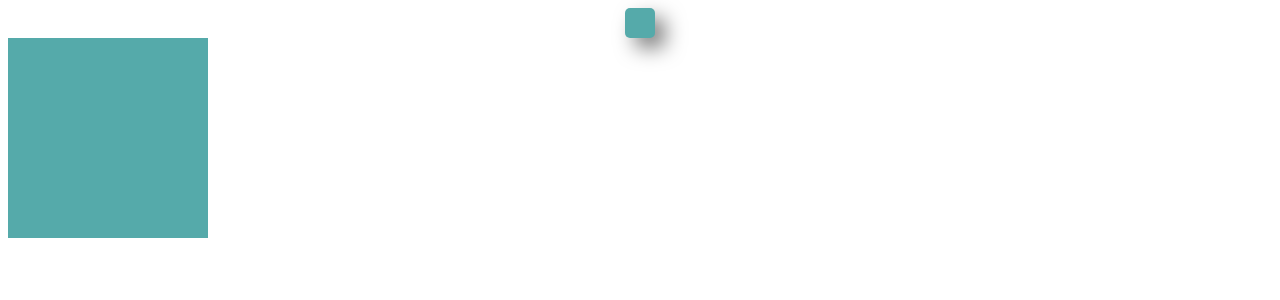
Repository: yuanliumaker/html-css-js
Page: css/css3新特性.html
These files come from the project's save history. The page is drawn as it stood at one moment and after the next save; the edit follows.
The browser window is 1280 px wide. The pictures show the whole page.

Above is the page before, as saved 2025-08-31 19:27:03.

### css/css3新特性.html
<!DOCTYPE html>
<html lang="en">
<head>
    <meta charset="UTF-8">
    <meta name="viewport" content="width=<device-width>, initial-scale=1.0">
    <title>Document</title>
    <style>
        .box1{
            width:30px;
            height:30px;
            background-color: orange;
            border-radius: 5px;/*圆角特性*/
            margin:0 auto;/*即上下为0,左右平均分配即中间*/
            box-shadow: 10px 10px 20px rgba(0, 0,0,0.5);/*hshadow:必选,水平阴影的位置,v-shadow:必选:垂直阴影的
            位置,blur:可选:模糊距离 color:阴影的颜色*/
        }
        /* 动画 */
        div{
            width:200px;
            height:200px;
            background-color: aqua;
            animation:myAnim 3s linear 0s infinite;/*动画名,动画放3s,匀速播放动画 ,动画开始时间,无限循环*/

        }
        div:hover{
            animation-play-state: paused;/*hover伪对象设置动画触发,当鼠标停留上去触发动画效果*/
        }
        @keyframes myAnim{
            /* 设置动画开始 中间 结束 */
            0%{
                background-color: red;
            }
            50%{
                background-color: aqua;
            }
            100%{
                background-color: red;
            }
        }

    </style>
</head>

<body>
    <div class="box1"></div>
    <div class="box2"> </div>
</body>
</html>

After the next save:
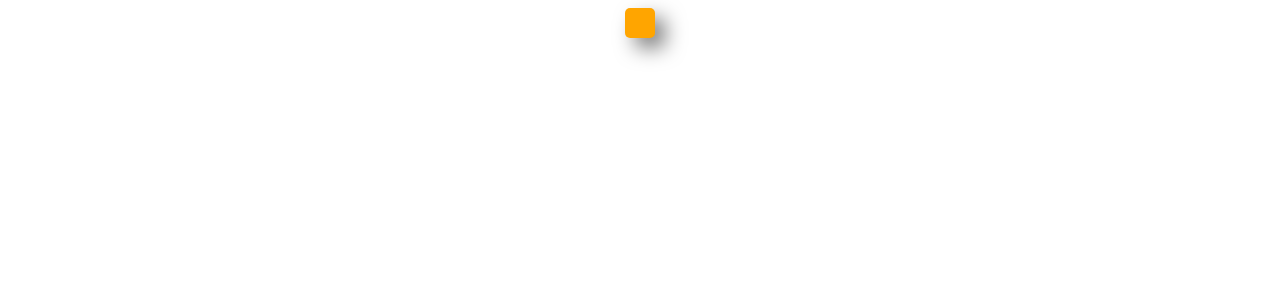
Saved 19 s later.
--- a/css/css3新特性.html
+++ b/css/css3新特性.html
@@ -15,7 +15,7 @@
             位置,blur:可选:模糊距离 color:阴影的颜色*/
         }
         /* 动画 */
-        div{
+        box2{
             width:200px;
             height:200px;
             background-color: aqua;

After the save that followed:
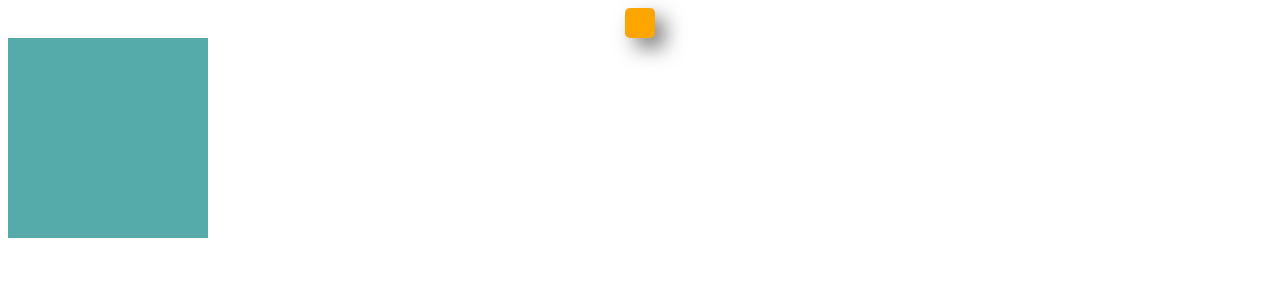
Saved 23 s later.
--- a/css/css3新特性.html
+++ b/css/css3新特性.html
@@ -15,7 +15,7 @@
             位置,blur:可选:模糊距离 color:阴影的颜色*/
         }
         /* 动画 */
-        box2{
+        .box2{
             width:200px;
             height:200px;
             background-color: aqua;
